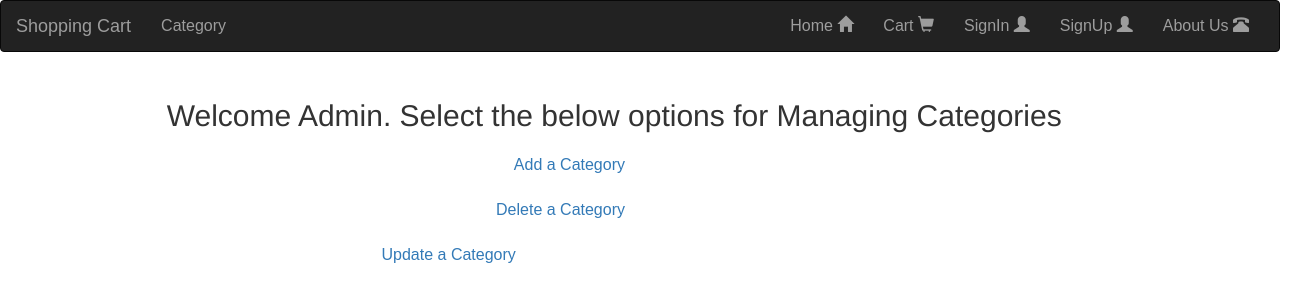
Repository: KaustubhKamat/ShoppingCartProject
Page: http://localhost/NewShoppingCart/WEB-INF/views/Category.jsp
These files come from the project's save history. The page is drawn as it stood at one moment and after the next save; the edit follows.
The browser window is 1280 px wide. The page is 1295 px wide, so the pictures cover 1295 px, including what lies to the right of the window. The pictures show the whole page.
Some web libraries are served in a nearby version. The page is served by Tomcat 9. Nobody is signed in. The template is opened directly, without the code that normally fills it, so the values that code supplies are empty.

Above is the page before, as saved 2017-01-12 06:35:38.

After the next save:
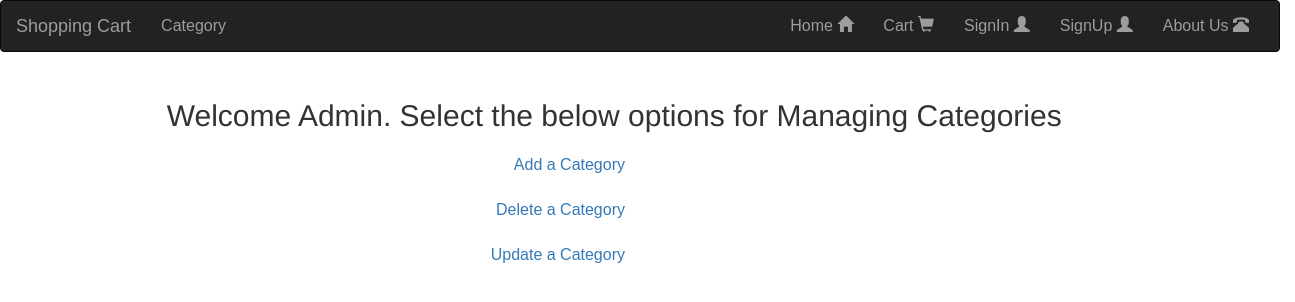
Saved 30 s later.
--- a/NewShoppingCart/src/main/webapp/WEB-INF/views/Category.jsp
+++ b/NewShoppingCart/src/main/webapp/WEB-INF/views/Category.jsp
@@ -36,7 +36,7 @@
 			<a href="DeleteaCategory" class="col-sm-6 control-label">Delete a Category</a>
 			</div>
 		<div class="form-group">
-			<a href="UpdateaCategory" class="col-sm-5 control-label">Update a Category</a>
+			<a href="UpdateaCategory" class="col-sm-6 control-label">Update a Category</a>
 			</div>
 
 	</form>
